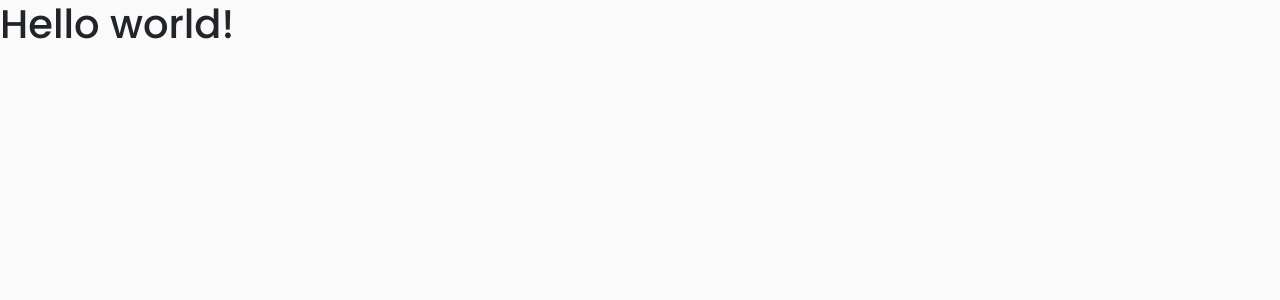
Repository: badhon252/Desi_Blogger
Page: public/home.html
The author's editor kept a copy of each file at every save. The page is drawn from the files as they stood at one save, then again after the next save.
The browser window is 1280 px wide. The pictures show the whole page.

Above is the page before, as saved 2022-11-15 19:02:35.

After the next save:
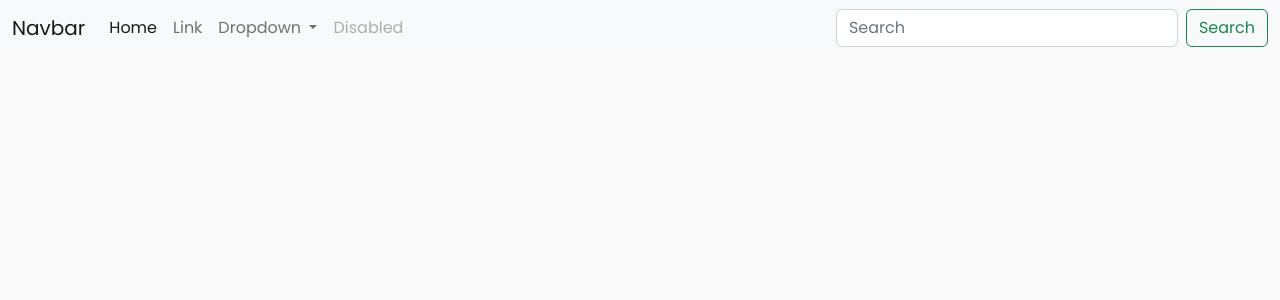
Saved 4 min 55 s later.
--- a/public/home.html
+++ b/public/home.html
@@ -22,7 +22,49 @@
 </head>
 
 <body>
-    <h1>Hello world!</h1>
+    <nav class="navbar navbar-expand-lg bg-light">
+        <div class="container-fluid">
+            <a class="navbar-brand" href="#">Navbar</a>
+            <button class="navbar-toggler" type="button" data-bs-toggle="collapse"
+                data-bs-target="#navbarSupportedContent" aria-controls="navbarSupportedContent" aria-expanded="false"
+                aria-label="Toggle navigation">
+                <span class="navbar-toggler-icon"></span>
+            </button>
+            <div class="collapse navbar-collapse" id="navbarSupportedContent">
+                <ul class="navbar-nav me-auto mb-2 mb-lg-0">
+                    <li class="nav-item">
+                        <a class="nav-link active" aria-current="page" href="#">Home</a>
+                    </li>
+                    <li class="nav-item">
+                        <a class="nav-link" href="#">Link</a>
+                    </li>
+                    <li class="nav-item dropdown">
+                        <a class="nav-link dropdown-toggle" href="#" role="button" data-bs-toggle="dropdown"
+                            aria-expanded="false">
+                            Dropdown
+                        </a>
+                        <ul class="dropdown-menu">
+                            <li><a class="dropdown-item" href="#">Action</a></li>
+                            <li><a class="dropdown-item" href="#">Another action</a></li>
+                            <li>
+                                <hr class="dropdown-divider">
+                            </li>
+                            <li><a class="dropdown-item" href="#">Something else here</a></li>
+                        </ul>
+                    </li>
+                    <li class="nav-item">
+                        <a class="nav-link disabled">Disabled</a>
+                    </li>
+                </ul>
+                <form class="d-flex" role="search">
+                    <input class="form-control me-2" type="search" placeholder="Search" aria-label="Search">
+                    <button class="btn btn-outline-success" type="submit">Search</button>
+                </form>
+            </div>
+        </div>
+    </nav>
+
+
     <script src="https://cdn.jsdelivr.net/npm/bootstrap@5.2.2/dist/js/bootstrap.bundle.min.js"></script>
 </body>
 
